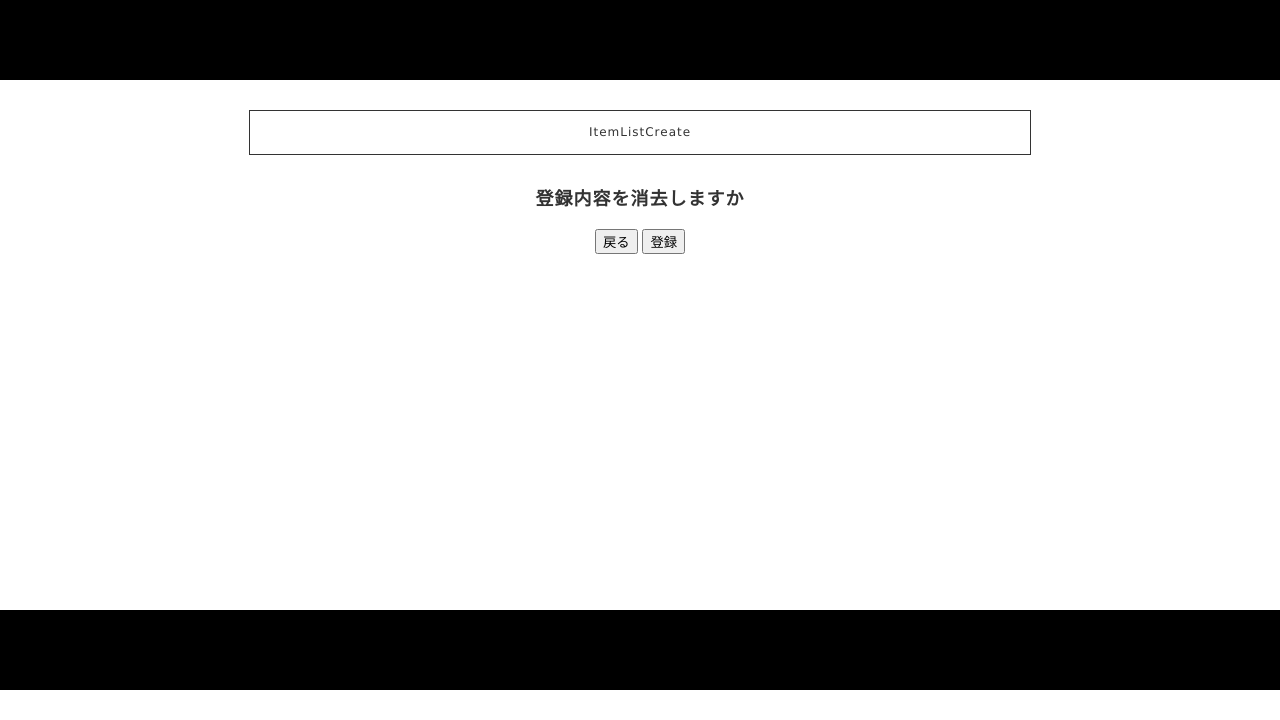
Repository: koyaman11/test
Page: http://localhost/Ecsite/ItemListDeleteConfirm.jsp
The author's editor kept a copy of each file at every save. The page is drawn from the files as they stood at one save, then again after the next save.
The browser window is 1280 px wide. The pictures show the whole page.
The page is served by Tomcat 9. Nobody is signed in. The application's start-up code is not run.

Above is the page before, as saved 2018-10-29 02:45:02.

After the next save:
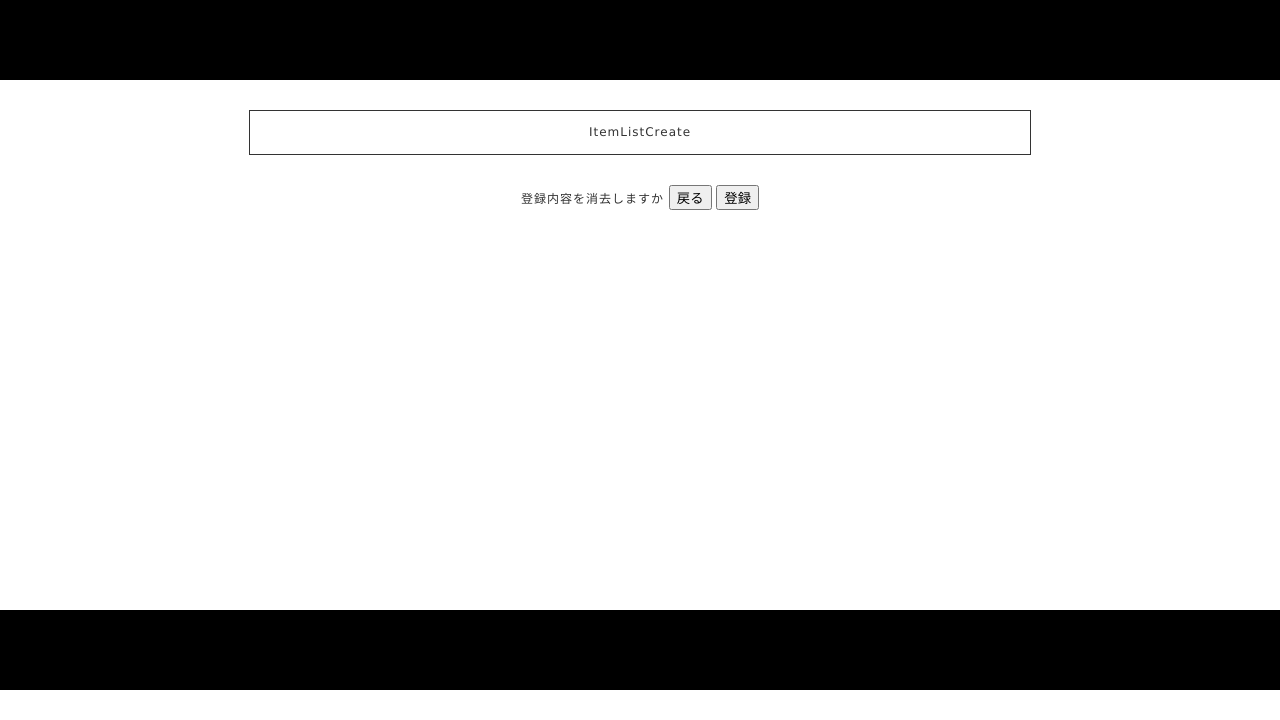
Saved 112 s later.
--- a/Ecsite/WebContent/ItemListDeleteConfirm.jsp
+++ b/Ecsite/WebContent/ItemListDeleteConfirm.jsp
@@ -79,8 +79,9 @@
 <p>ItemListCreate</p>
 </div>
 <div>
-<h2>登録内容を消去しますか</h2>
+
 <tr>
+<td>登録内容を消去しますか</td>
 <td><input type="button" value="戻る" onclick="submitAction('ItemListAction')"/></td>
 <td><input type="button" value="登録" onclick="submitAction('ItemListCreateAction')"/></td>
 </tr>
